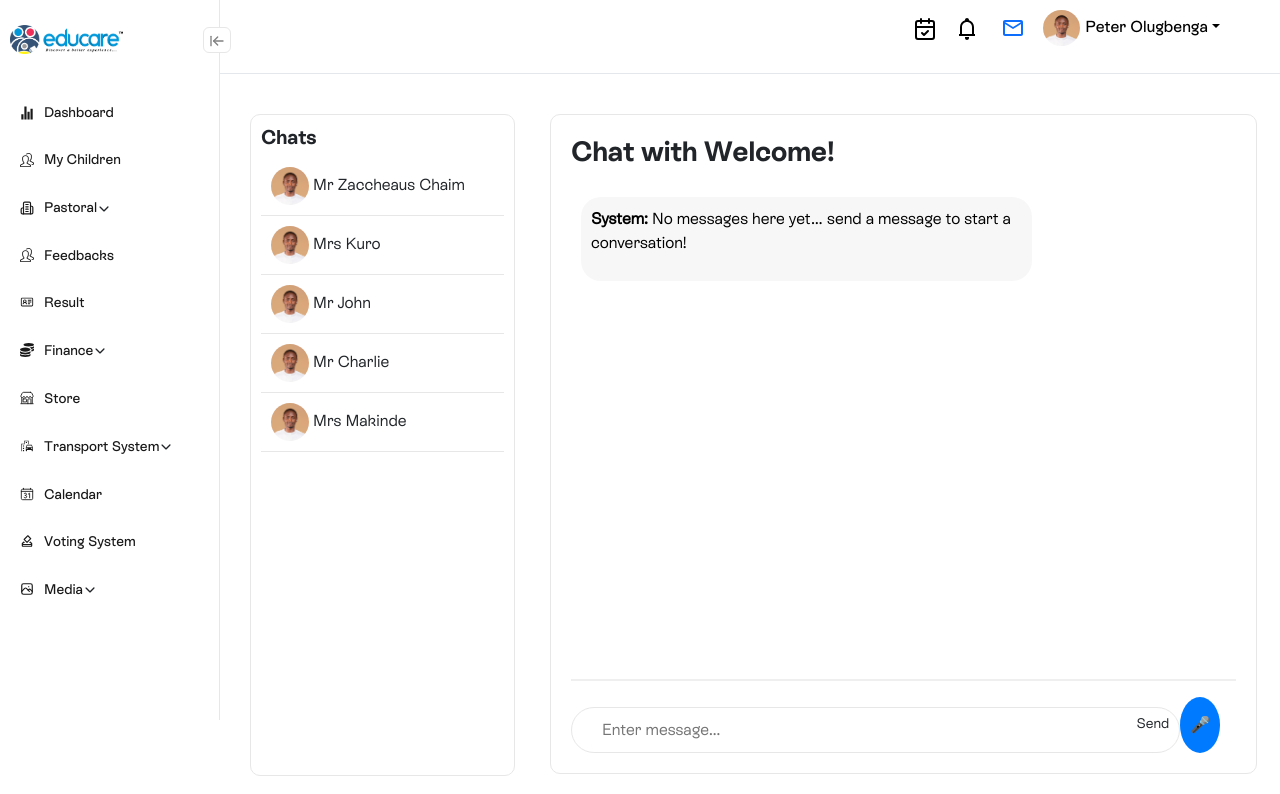
Repository: sarahnnanyelugo/educare-dashboards
Page: /chat-interface
These files come from the project's save history. The page is drawn as it stood at one moment and after the next save; the edit follows.
The browser window is 1280 px wide. The pictures show the whole page.
The project was rebuilt for these pictures with package versions that can differ from the ones it lists, and the page was loaded fresh each time. Also part of the build but not shown: src/Dashboards/Parents/Feedbacks/feedbacks.scss, src/components/AppTable/table.scss, src/components/AppTable/AppTable.js, src/Utils/DataUtils.js, src/components/Select/select.scss, src/components/Select/Select.js, src/components/Search/search.scss, src/components/Search/Search.js and 50 more.

Above is the page before, as saved 2024-11-27 13:21:07.

### src/App.js
import logo from "./logo.svg";
import "./App.scss";
import "bootstrap/dist/css/bootstrap.min.css";
import { BrowserRouter, Routes, Route, Link, Outlet } from "react-router-dom";
import { ParentsLayout } from "./Layouts/ParentsLayout";
import { MainNews } from "./pages/NewsPage/MainNews/MainNews";
import { NewsPage } from "./pages/NewsPage/NewsPage";
function App() {
  return (
    <>
      {" "}
      <Routes>
        <Route path="/*" element={<ParentsLayout />} />{" "}
        <Route path="news-page" element={<NewsPage />} />
        <Route path="main-news/:blog_id" element={<MainNews />} />
      </Routes>
    </>
  );
}

export default App;

### src/App.scss
.App-link {
  color: #61dafb;
}

@keyframes App-logo-spin {
  from {
    transform: rotate(0deg);
  }
  to {
    transform: rotate(360deg);
  }
}
@font-face {
  font-family: rebondG;
  src: url(./assets/fonts/Rebond_font/RebondG.otf);
}
@font-face {
  font-family: rebondG-Bold;
  src: url(./assets/fonts/Rebond_font/RebondG-Bold.otf);
}
@font-face {
  font-family: rebondG-Semi-Bold;
  src: url(./assets/fonts/Rebond_font/Rebond-semibold.otf);
}
@font-face {
  font-family: rebondG-Medium;
  src: url(./assets/fonts/Rebond_font/RebondGrotesqueMedium.otf);
}
@font-face {
  font-family: rebondBook;
  src: url(./assets/fonts/Rebond_font/RebondG-Book.ttf);
}
@font-face {
  font-family: rebondLight;
  src: url(./assets/fonts/Rebond_font/RebondGLight.otf);
}
@font-face {
  font-family: rebondMI;
  src: url(./assets/fonts/Rebond_font/RebondGrotesqueMediumitalic.otf);
}
p,
small,
link {
  font-family: rebondBook;
}
h1,
h2,
h3,
h4,
h5,
h6 {
  font-family: rebondG-Bold;
}
a {
  font-family: rebondG-Medium;
  text-decoration: none !important;
}
.card {
  border: 1px solid #e7e7e7 !important;
  border-radius: 10px !important;
}
select {
  border: none;
  background: #fff;
  padding: 7px;
  border-radius: 10px;
  width: 95%;
  font-size: 14px !important;
  font-family: rebondBook !important;
}
hr {
  border: solid 1px #c0bebe !important;
}
.app-btn {
  margin-top: 30px;
  border: solid 1px #e7e7e7;
  border-radius: 36px;
  background: #0098da;
  color: #fff;
  font-family: rebondBook;
  padding: 5px 20px;
  margin-left: 10px;
}
button {
  font-family: rebondG-Medium !important;
}
.page-session {
  border: solid 1px #e7e7e7;
  padding: 20px;
  border-radius: 10px;
  margin-top: 30px;
}

### src/Layouts/ParentsLayout.js
import React from "react";
import { Routes, Route, Navigate } from "react-router-dom";
import { TopNav } from "../components/TopNav/TopNav";
import Feedbacks from "../Dashboards/Parents/Feedbacks/Feedbacks";
import { MainView } from "../Dashboards/Parents/MainView/MainView";
import { MyChildren } from "../Dashboards/Parents/MyChildren/MyChildren";
import ExeatRequests from "../Dashboards/Parents/Pastoral/ExeatRequests";
import HostelReport from "../Dashboards/Parents/Pastoral/HostelReport";
import PastoralReport from "../Dashboards/Parents/Pastoral/PastoralReport";
import { Result } from "../Dashboards/Parents/Result/Result";
import { SideNav } from "../components/SideNav/SideNav";
import { Wallet } from "../Dashboards/Parents/Finance/Wallet";
import { PocketMoney } from "../Dashboards/Parents/Finance/PocketMoney";
import { Invoices } from "../Dashboards/Parents/Finance/Invoices";
import { TransactionHistory } from "../Dashboards/Parents/Finance/TransactionHistory";
import { Store } from "../Dashboards/Parents/Store/Store";
import Event from "../Dashboards/Parents/Calendar/Calendar";
import { VotingSystem } from "../Dashboards/Parents/VotingSystem/VotingSystem";
import { TransportSystem } from "../Dashboards/Parents/TransportSystem/TransportSystem";
import PhotoJournal from "../Dashboards/Parents/Media/PhotoJournals";
import TaggedPost from "../Dashboards/Parents/Media/TaggedPost";
import ChatInterface from "../components/TopNav/ChatInterface/ChatInterface";
export const ParentsLayout = () => {
  return (
    <>
      <div className="d-md-flex">
        <div className="col-md-">
          <SideNav />
        </div>
        <div className="container-fluid" style={{ padding: "0px 0px" }}>
          <TopNav />
          <Routes>
            <Route path="/" element={<MainView />} />{" "}
            <Route path="/my-children" element={<MyChildren />} />{" "}
            <Route path="/result" element={<Result />} />{" "}
            <Route path="/feedbacks" element={<Feedbacks />} />{" "}
            <Route path="/pastoral-report" element={<PastoralReport />} />{" "}
            <Route path="/exeat-requests" element={<ExeatRequests />} />{" "}
            <Route path="/hostel-report" element={<HostelReport />} />{" "}
            <Route path="/wallet" element={<Wallet />} />{" "}
            <Route path="/pocket-money" element={<PocketMoney />} />{" "}
            <Route path="/invoices" element={<Invoices />} />{" "}
            <Route path="/store" element={<Store />} />{" "}
            <Route path="/calendar" element={<Event />} />{" "}
            <Route path="/chat-interface" element={<ChatInterface />} />{" "}
            <Route
              path="/transaction-history"
              element={<TransactionHistory />}
            />{" "}
            <Route path="/voting-system" element={<VotingSystem />} />{" "}
            <Route path="/transport-system" element={<TransportSystem />} />{" "}
            <Route path="/photo-journals" element={<PhotoJournal />} />{" "}
            <Route path="/tagged-posts" element={<TaggedPost />} />{" "}
          </Routes>
        </div>
      </div>
    </>
  );
};

### src/components/TopNav/TopNav.js
import React from "react";
import "./top-nav.scss";
import { LuCalendarCheck } from "react-icons/lu";
import { CgBell } from "react-icons/cg";
import { MdOutlineEmail } from "react-icons/md";
import Container from "react-bootstrap/Container";
import Nav from "react-bootstrap/Nav";
import Navbar from "react-bootstrap/Navbar";
import Icon5 from "../../assets/images/peter.png";
import { FaRegUser } from "react-icons/fa";

import Dropdown from "react-bootstrap/Dropdown";
import { IoIosLogOut } from "react-icons/io";
import { Link } from "react-router-dom";

export const TopNav = () => {
  return (
    <div className="top-nav-container">
      <ul className="list-inline">
        <li className="list-inline-item">
          <div className="profile-drop profile-drop2">
            <Dropdown>
              <Dropdown.Toggle>
                <LuCalendarCheck style={{ fontSize: "24px" }} />
              </Dropdown.Toggle>

              <Dropdown.Menu>
                <Dropdown.Item href="/dashboard-selector">
                  <h6>Unapproved Results</h6>
                </Dropdown.Item>
                <hr />
              </Dropdown.Menu>
            </Dropdown>
          </div>
        </li>
        <li className="list-inline-item">
          <div className="profile-drop profile-drop2">
            <Dropdown>
              <Dropdown.Toggle>
                <CgBell style={{ fontSize: "24px" }} />
              </Dropdown.Toggle>

              <Dropdown.Menu>
                <Dropdown.Item href="/dashboard-selector">
                  <h6>Notifications</h6>
                </Dropdown.Item>
                <hr />
              </Dropdown.Menu>
            </Dropdown>
          </div>
        </li>{" "}
        <li className="list-inline-item">
          <Link to={"/chat-interface"}>
            {" "}
            <MdOutlineEmail style={{ fontSize: "24px" }} />
          </Link>
        </li>
        <li className="list-inline-item">
          <div className="profile-drop">
            <Dropdown>
              <Dropdown.Toggle>
                <img src={Icon5} width="37px" />
                Peter Olugbenga
              </Dropdown.Toggle>

              <Dropdown.Menu>
                <Dropdown.Item href="/dashboard-selector">
                  <h6> Peter Olugbenga</h6>
                  <small>olasunkanifiness@gmail.com</small>
                </Dropdown.Item>
                <hr />
                <Dropdown.Item>
                  <FaRegUser style={{ marginRight: "10px" }} />
                  Profile
                </Dropdown.Item>
                <Dropdown.Item>
                  <IoIosLogOut style={{ marginRight: "10px" }} />
                  Sign out
                </Dropdown.Item>
              </Dropdown.Menu>
            </Dropdown>
          </div>
        </li>
      </ul>
    </div>
  );
};

### src/components/TopNav/ChatInterface/ChatInterface.js
import React, { useState } from "react";
import { ChatWindow } from "./ChatWindow";
import Contacts from "./Contacts";
import { contacts, messages } from "../../../TestData/chatContactData";

const ChatInterface = () => {
  const [selectedContactId, setSelectedContactId] = useState(null);

  // Default message for when no contact is selected
  const defaultMessages = [
    {
      sender: "System",
      text: "No messages here yet… send a message to start a conversation!",
    },
  ];

  const currentMessages = selectedContactId
    ? messages[selectedContactId]
    : defaultMessages;
  const currentContactName = selectedContactId
    ? contacts.find((c) => c.id === selectedContactId).name
    : "Welcome!";

  return (
    <div className="chat-interface">
      <Contacts
        contacts={contacts}
        onSelectContact={setSelectedContactId}
        activeContactId={selectedContactId}
      />
      <ChatWindow
        messages={currentMessages}
        selectedContact={currentContactName}
      />
    </div>
  );
};

export default ChatInterface;

### src/components/TopNav/top-nav.scss
.top-nav-container {
  height: 74px;
  border-bottom: solid 1px #e4e7ec;
  //   padding-top: 20px;
  padding-right: 50px;
  ul {
    float: right;
    li {
      margin: 10px;
    }
  }
  .profile-drop {
    .btn {
      padding: 0;
      background: #fff !important;
      border: none !important;
      color: #000;
      font-family: rebondG-Medium;
      font-size: 16px;
      img {
        border-radius: 100%;
        margin-right: 5px;
      }
    }
    .dropdown-menu {
      border: solid 1px #d0d5dd;
      font-family: montM;
      box-shadow: 0px 1px 3px #1018281a;
      border: 1px solid #e4e7ec;
      border-radius: 10px;
      min-height: 150px;
      width: 230px !important;
      padding: 5px 10px;
      font-size: 14px;
      a {
        padding: 10px;
      }
      h6 {
        margin-bottom: 0;
      }
      small {
        color: #9d9ea1;
        font-size: 12px;
      }
      hr {
        border: solid 1px #d0d5dd;
        margin-top: 0;
        margin-bottom: 0;
      }
    }
  }
}
.profile-drop2 {
  .dropdown-toggle::after {
    display: none;
  }
}

### src/components/SideNav/SidebarData.js
import React from "react";
import * as FaIcons from "react-icons/fa";
import * as AiIcons from "react-icons/ai";
import * as IoIcons from "react-icons/io";

export const SidebarData = [
  {
    name: "Dashboard",
    icon: "IoStatsChartSharp",
    url: "/",
  },
  {
    name: "My Children",
    icon: "SlPeople",
    url: "/my-children",
  },
  {
    name: "Pastoral",
    icon: "LuBuilding2",
    url: "/pastoral",
    accordion: true,
    accordionContent: [
      { name: "Pastoral Report", url: "/pastoral-report" },
      { name: "Exeat Requests", url: "/exeat-requests" },
      { name: "Hostel Report", url: "/hostel-report" },
    ],
  },
  {
    name: "Feedbacks",
    icon: "SlPeople",
    url: "/feedbacks",
  },
  {
    name: "Result",
    icon: "LiaIdCardSolid",
    url: "/result",
  },
  {
    name: "Finance",
    icon: "FaCoins",
    url: "/finance",
    accordion: true,
    accordionContent: [
      { name: "Wallet", url: "/wallet" },
      { name: "Pocket Money", url: "/pocket-money" },
      { name: "Invoices", url: "/invoices" },
      { name: "Transaction History", url: "/transaction-history" },
    ],
  },
  {
    name: "Store",
    icon: "IoStorefrontOutline",
    url: "/store",
  },
  {
    name: "Transport System",
    icon: "MdOutlineEmojiTransportation",
    accordion: true,
    accordionContent: [
      { name: "Bus", url: "/transport-system" },
      { name: "Pickup", url: "/pickup" },
    ],
  },
  {
    name: "Calendar",
    icon: "IoCalendarNumberOutline",
    url: "/calendar",
  },
  {
    name: "Voting System",
    icon: "MdOutlineHowToVote",
    url: "/voting-system",
  },
  {
    name: "Media",
    icon: "TbPhoto",

    accordion: true,
    accordionContent: [
      { name: "Photo Journals", url: "/photo-journals" },
      { name: "Tagged Posts", url: "/tagged-posts" },
    ],
  },
];

### src/components/SideNav/side-nav.scss
.side-nav-div {
  background: rgb(255, 255, 255);
  padding: 0 !important;

  .nav-inner {
    padding: 25px 5px 5px 10px;
    display: flex;
    align-items: center;
  }
  border-right: 1px solid #e7e7e7;
  a {
    color: #191919;
    font-size: 14px;

    border-radius: 6px;
  }
  ul {
    // background: red;
    li {
      margin: 5px 15px !important;
      padding: 8px 10px 8px 5px;
      &:hover {
        border-radius: 6px;

        background: #fafafa;
      }
    }
  }
  .list-group-item {
    margin: 5px 15px !important;
    padding: 8px 10px 8px 5px;
    border: none;
    &:hover {
      border-radius: 6px;

      background: #fafafa;
    }
  }
  ol {
    // background: red;
    li {
      &:hover {
        background: #fafafa;
        border-radius: 6px;
      }
    }
  }
  .accordion-button {
    padding: 3px 0 3px 0px !important;
    margin-left: 0 !important;
    font-size: 14px;
    font-family: rebondG-Medium !important;

    background: transparent !important;
    width: 100% !important;
  }
  .accordion-body {
    border-left: 1px solid #e7e7e7;
    margin-top: 20px;
    padding: 0 !important;
    ol {
      li {
        font-size: 10px;
      }
    }
  }
  .accordion-button:not(.collapsed) {
    border-bottom: 0 !important;
    width: 100% !important;
  }
  .accordion-button::after {
    display: none;
  }
  .accordion-item {
    border: none !important;
  }
  .active-link {
    color: #0098da; /* Change to your desired active link color */
    font-weight: bold;
    padding: 8px 10px 8px 5px;
    font-size: 14px;
    background-color: #e6f7ff;
    width: 100% !important;
  }
}
.link-span {
  width: 100% !important;
}

### src/components/TopNav/ChatInterface/Contacts.js
import React from "react";
const Contacts = ({ contacts, onSelectContact, activeContactId }) => {
  return (
    <div className="col-md-3 cover">
      {" "}
      <div className="chat-contacts card col-md-12">
        <h5>Chats</h5>
        <ul>
          {contacts.map((contact) => (
            <li
              key={contact.id}
              className={contact.id === activeContactId ? "active" : ""}
              onClick={() => onSelectContact(contact.id)}
            >
              <img src={contact.profilePicture} width="38px" height="38px" />{" "}
              {contact.name}
            </li>
          ))}
        </ul>
      </div>
    </div>
  );
};

export default Contacts;

### src/TestData/chatContactData.js
import Img1 from "../assets/images/peter.png";

export const contacts = [
  { id: 1, name: "Mr Zaccheaus Chaim", profilePicture: Img1 },
  { id: 2, name: "Mrs Kuro", profilePicture: Img1 },
  { id: 3, name: "Mr John", profilePicture: Img1 },
  { id: 4, name: "Mr Charlie", profilePicture: Img1 },
  { id: 5, name: "Mrs Makinde", profilePicture: Img1 },
];

export const messages = {
  1: [
    { sender: "Mr Zaccheaus Chaim", text: "Hi there!" },
    { sender: "You", text: "Hello Alice!" },
  ],
  2: [
    { sender: "Mrs Kuro", text: "How are you?" },
    { sender: "You", text: "I'm good, thanks!" },
  ],
  3: [
    { sender: "Mr John", text: "Hey, long time no see!" },
    { sender: "You", text: "Yeah, it's been a while." },
  ],

  4: [
    { sender: "Mr Charlie", text: "Hey, long time no see!" },

    { sender: "You", text: "Yeah, it's been a while." },
  ],
  5: [
    { sender: "Mrs Makinde", text: "Hey, long time no see!" },
    { sender: "You", text: "Yeah, it's been a while." },
  ],
};

### src/components/TopNav/ChatInterface/chat.scss
.chat-interface {
  display: flex;
  width: 100%;
  height: 100vh;
}
.chat-contacts {
  //   width: 25%;
  background-color: #fff;
  padding: 10px;
  border-right: 1px solid #ddd;
  margin-top: 40px;
  margin: 40px 20px 20px 30px;
  height: 92vh;

  img {
    border-radius: 100%;
  }
  ul {
    list-style: none;
    padding: 0;
    margin: 0;
  }
  li {
    padding: 10px;
    cursor: pointer;

    font-family: rebondBook;
    border-bottom: solid 1px #e7e7e7;
    &:hover {
      background-color: #f0f0f0;
    }
  }
}
.chat-contacts li.active {
  background-color: #0098da;
  color: white;
  font-weight: bold;
  border-radius: 12px;
}
.chat-window {
  padding: 20px;
  display: flex;
  flex-direction: column;
  margin-top: 40px;
  margin: 40px 20px 20px 65px;
}

.message-list {
  flex: 1;
  overflow-y: auto;
  margin-bottom: 10px;
}

.message {
  padding: 10px;
  margin-bottom: 5px;
}

.input-box input {
  flex: 1;
  padding: 5px 20px;
  font-family: rebondBook;
  border: none;
  width: 100%;
}

.input-box button {
  padding: 10px;
}
.no-messages {
  text-align: center;
  color: #888;
  font-style: italic;
  margin: 20px 0;
}
.message {
  margin: 10px 0;
  padding: 10px;
  border-radius: 5px;
  max-width: 70%;
}

.message.sent {
  background-color: #cef0ff;
  color: #000;
  border-radius: 20px;
  align-self: flex-end;
  text-align: right;
}

.message.received {
  align-self: flex-start;
  text-align: left;
  background-color: #f7f7f7;
  border-radius: 20px;
  color: #000;
}

.message-list {
  display: flex;
  flex-direction: column;
  gap: 10px;
  overflow-y: auto;
  padding: 10px;
  flex: 1;
  //   max-height: 400px; /* Adjust based on your layout */
}

.input-box {
  display: flex;
  gap: 10px;
  margin-top: 10px;
  border: solid 1px #e7e7e7;
  border-radius: 36px;
  padding: 5px 10px;
}
/* Recording button styles */
.record-button {
  background-color: #007bff;
  color: white;
  border: none;
  padding: 10px;
  border-radius: 50%;
  cursor: pointer;
}

.record-button.recording {
  background-color: #ff4d4d;
  animation: pulse 1s infinite;
}

@keyframes pulse {
  0% {
    transform: scale(1);
  }
  50% {
    transform: scale(1.1);
  }
  100% {
    transform: scale(1);
  }
}
// .covering {
//   padding: 10px;
//   height: 600px;
//   height: 100vh;
// }

Loaded but not shown: public/index.html (common file); src/index.js (common file); src/index.css (common file); src/reportWebVitals.js (common file); src/components/SideNav/SideNav.js (225 lines, source omitted); src/components/TopNav/ChatInterface/ChatWindow.js (139 lines, source omitted); src/Dashboards/Parents/TransportSystem/transport-system.scss (no stored copy; drawn as an empty file)

After the next save:
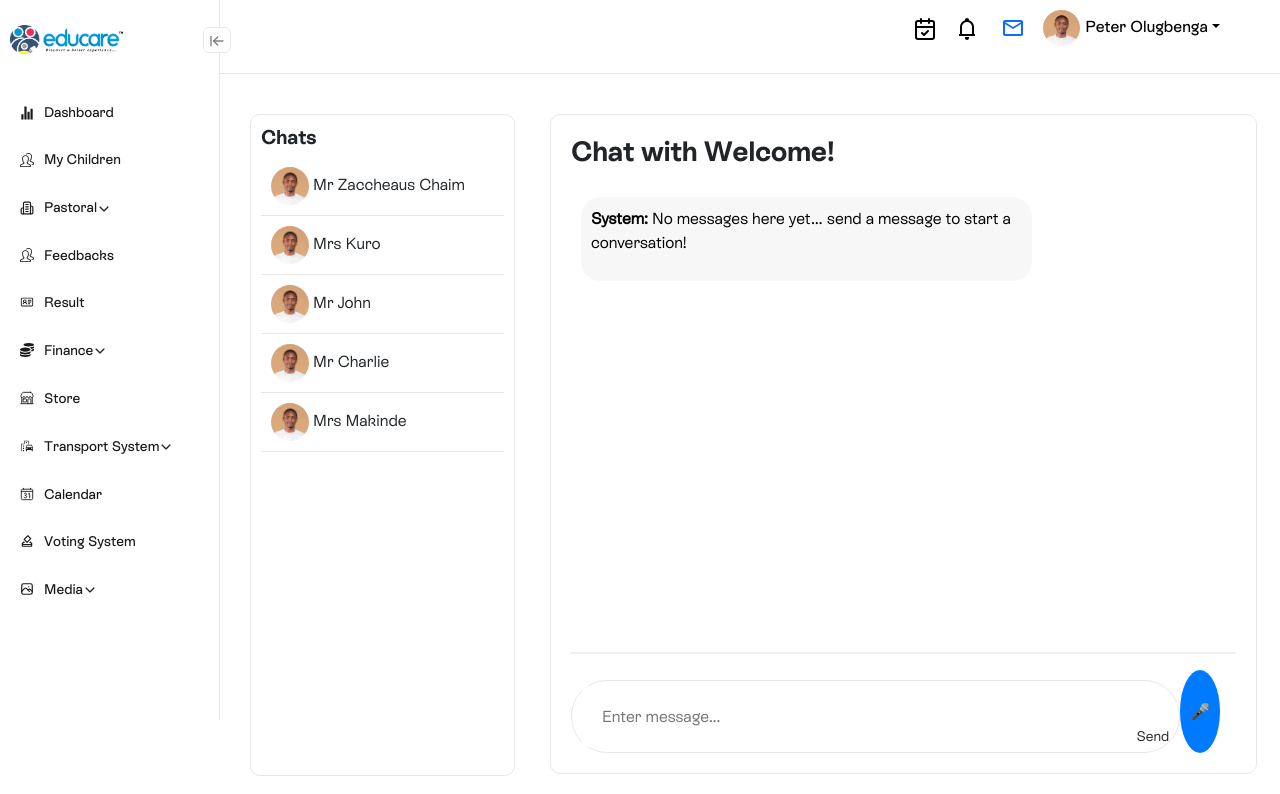
Saved 19 s later.
--- a/src/components/TopNav/ChatInterface/chat.scss
+++ b/src/components/TopNav/ChatInterface/chat.scss
@@ -140,8 +140,6 @@
     transform: scale(1);
   }
 }
-// .covering {
-//   padding: 10px;
-//   height: 600px;
-//   height: 100vh;
-// }
+.send-msg {
+  margin-top: 40px;
+}

After the save that followed:
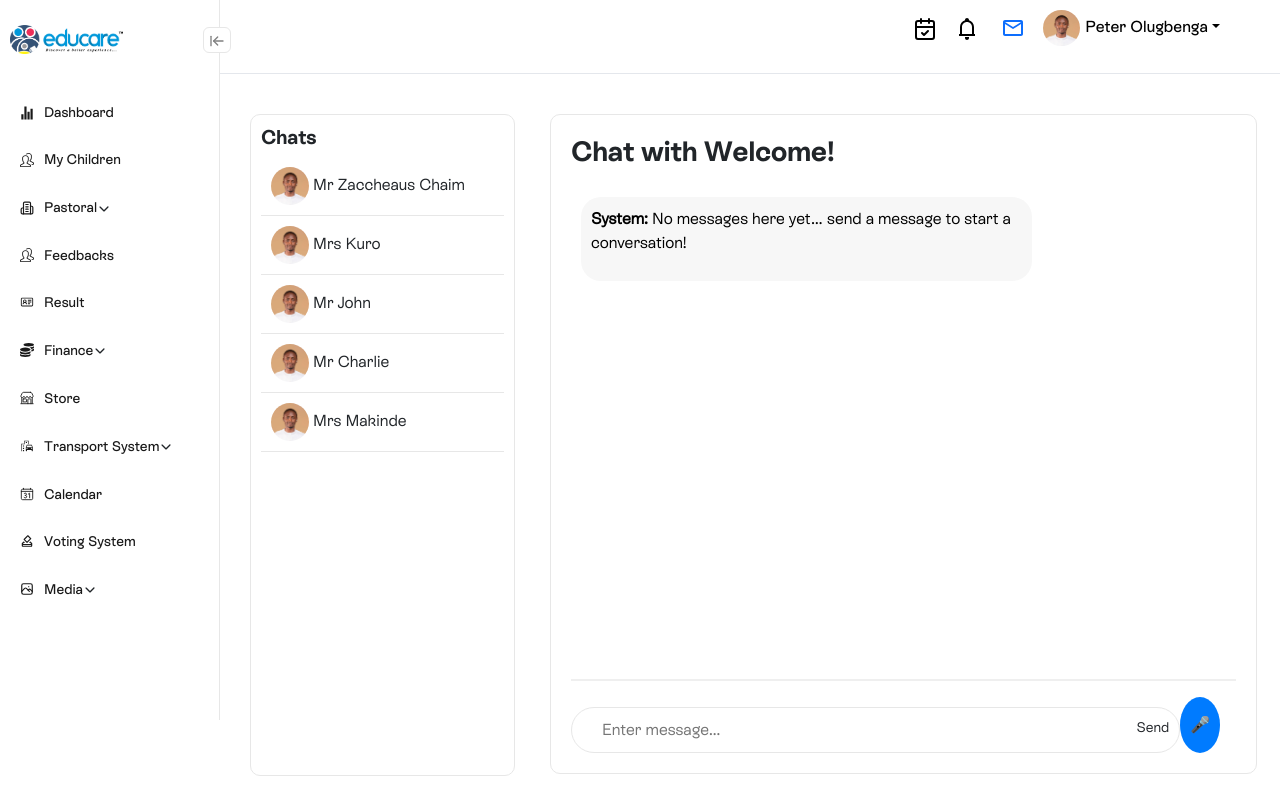
Saved 6 s later.
--- a/src/components/TopNav/ChatInterface/chat.scss
+++ b/src/components/TopNav/ChatInterface/chat.scss
@@ -141,5 +141,5 @@
   }
 }
 .send-msg {
-  margin-top: 40px;
+  margin-top: 4px;
 }
